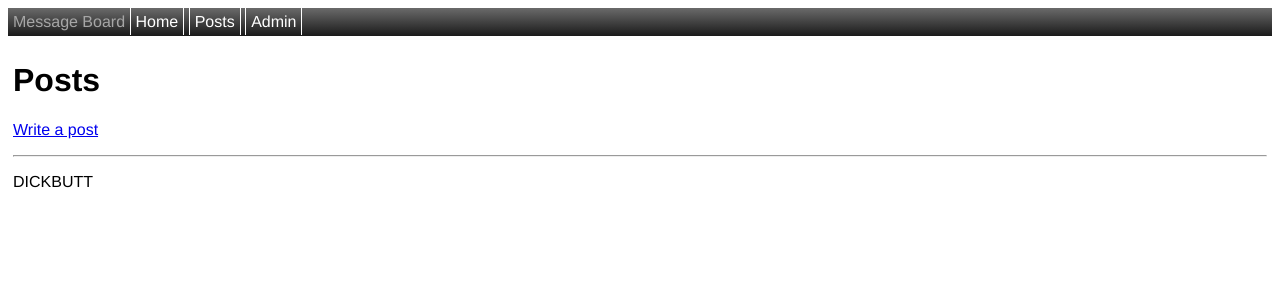
Repository: JesseFo/Whitespace
Page: whitespace/WebContent/WEB-INF/posts2.html
These files come from the project's save history. The page is drawn as it stood at one moment and after the next save; the edit follows.
The browser window is 1280 px wide. The pictures show the whole page.

Above is the page before, as saved 2015-12-05 07:42:36.

### whitespace/WebContent/WEB-INF/posts2.html
<!DOCTYPE html>
<html>
	<head>
		<meta http-equiv="Content-Type" content="text/html; charset=ISO-8859-1">
		<title>Posts</title>
		<link rel="stylesheet" type="text/css" href="main.css">
	</head>
	<body>
		<div id="wrapper">
			<nav>
				Message Board
				<a href="#">Home</a>
				<a href="posts.jsp">Posts</a>
				<a href="#">Admin</a>
			</nav>

			<div id="content">
				<h1>Posts</h1>
				<p><a href="newpost.jsp">Write a post</a></p>
				<hr />
				<div class="post">
					<p class="posttitle">DICKBUTT</p>
				</div>
			</div>
		</div>
	</body>
</html>

### whitespace/WebContent/WEB-INF/main.css
@CHARSET "ISO-8859-1";

#wrapper
{
	font-family: Helvetica, Arial, sans-serif;
}

nav
{
  background: -webkit-linear-gradient(#6A6A6A, #1A1A1A); /* For Safari 5.1 to 6.0 */
  background: -o-linear-gradient(#6A6A6A, #1A1A1A); /* For Opera 11.1 to 12.0 */
  background: -moz-linear-gradient(#6A6A6A, #1A1A1A); /* For Firefox 3.6 to 15 */
  background: linear-gradient(#6A6A6A, #1A1A1A); /* Standard syntax */
  color: #A6A6A6;
  padding: 5px
}

nav > a
{
	text-decoration: none;
	color: white;
	padding: 5px;
	border-left: 1px solid white;
	border-right: 1px solid white;
	margin: 0;
}

#content
{
	padding: 5px;
}

td
{
	padding-right: 5px;
}

.formlabel
{
	text-align: right;
}

.post
{
	border: 1p solid black;
	border-radius: 10px;
}

After the next save:
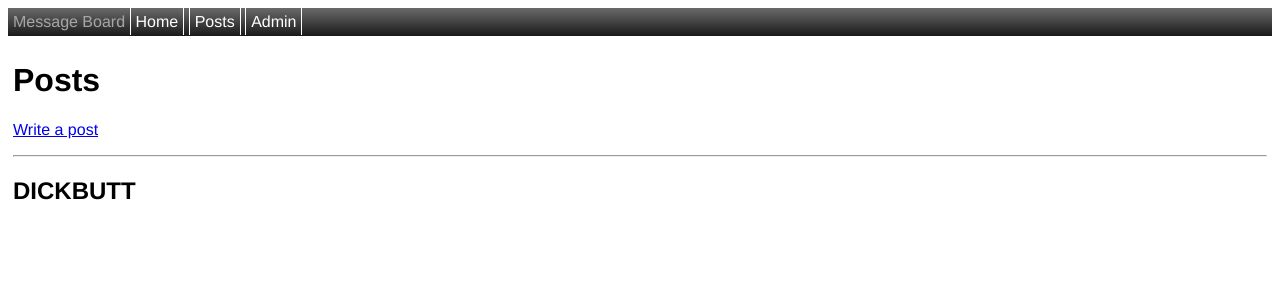
Saved 20 s later.
--- a/whitespace/WebContent/WEB-INF/posts2.html
+++ b/whitespace/WebContent/WEB-INF/posts2.html
@@ -19,7 +19,7 @@
 				<p><a href="newpost.jsp">Write a post</a></p>
 				<hr />
 				<div class="post">
-					<p class="posttitle">DICKBUTT</p>
+					<h2 class="posttitle">DICKBUTT</h2>
 				</div>
 			</div>
 		</div>
